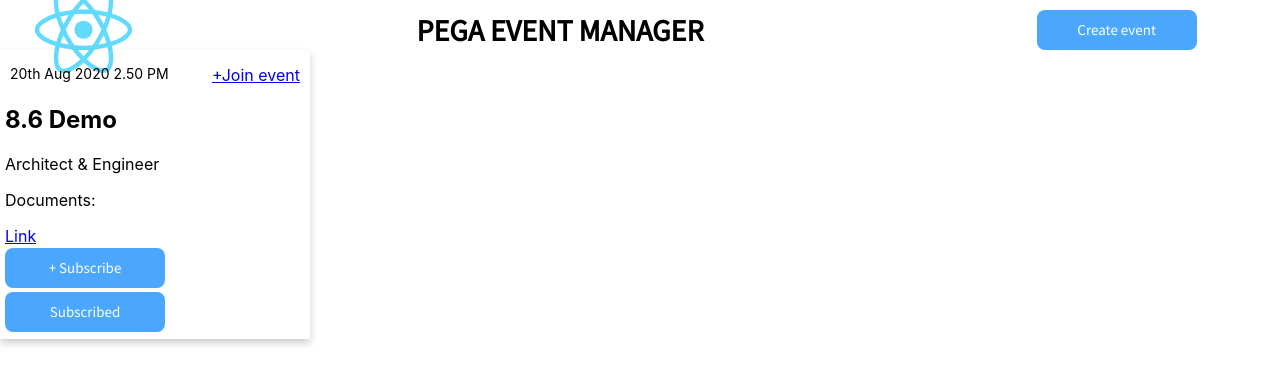
Repository: SasiVeeramachaneni/eventmanager
Page: /
The author's editor kept a copy of each file at every save. The page is drawn from the files as they stood at one save, then again after the next save.
The browser window is 1280 px wide. The pictures show the whole page.
The project was rebuilt for these pictures with package versions that can differ from the ones it lists, and the page was loaded fresh each time.

Above is the page before, as saved 2020-08-19 14:34:51.

### src/index.js
import React from 'react';
import ReactDOM from 'react-dom';
import './index.css';
import App from './App';
import * as serviceWorker from './serviceWorker';
import './fonts/SourceSansPro-Regular.ttf'

ReactDOM.render(
  <React.StrictMode>
    <App />
  </React.StrictMode>,
  document.getElementById('root')
);

// If you want your app to work offline and load faster, you can change
// unregister() to register() below. Note this comes with some pitfalls.
// Learn more about service workers: https://bit.ly/CRA-PWA
serviceWorker.unregister();

### src/App.js
import React from 'react';
import './App.css';
import logo from './logo.svg';
import Card from './Card';


function App() {
  return (
    <div className="App">
      <div className="header">
        <div className="logo"><img src={logo} alt=""/></div>
        <div className="heading">PEGA EVENT MANAGER</div>
        <div className="logo"><button type="button" className="createbutton">Create event</button></div>
      </div>
      <div className="body">
        <Card />

      </div>

    </div>
  );
}

export default App;

### src/App.css
.App {
  height: 100vh;
  width: 100%;
  display: grid;
  grid-template-rows: 50px 1fr;
}

@font-face {
  font-family: 'SourceSansPro';
  src: local('SourceSansPro'), url(./fonts/SourceSansPro-Regular.ttf) format('truetype');
}


.container {
  padding: 2px 16px;
}

.header {
  display: flex;
  align-items: stretch;
  justify-content: space-evenly;
  padding-top: 10px;
}

.logo {
  flex-grow: 1;
  display: flex;
  align-items: center;
  justify-content: center;
}

.heading {
  flex-grow: 3;
  display: flex;
  align-items: center;
  justify-content: center;
  font-size: 30px;
  font-weight: bold;
  font-family: SourceSansPro;

}

.createbutton {
  width: 10rem;
  color: #FFF;
  background: #4BA7FE;
  border-radius: 8px;
  font-size: 15px;
  line-height: 24px;
  height: 2.5rem;
  position: relative;
  align-items: center;
  box-sizing: border-box;
  transition: all 0.4s ease-in-out;
  border: none;
  font-family: SourceSansPro;


}

.body {
}

### src/Card.js
import React from 'react';
import './Card.css';

function Card() {
    return (
        <div className="card">
        <div className="topline">
          <div className="time">20th Aug 2020 2.50 PM</div>
          <a href="url">+Join event</a>
        </div>
        <h2><b>8.6 Demo</b></h2>
        <p>Architect & Engineer</p>
        <div><p>Documents:</p> <a href="url">Link</a></div>
        <button className="subscribe">+   Subscribe</button>
        <button className="subscribe">Subscribed</button>
      </div>
    );
}

export default Card;

### src/Card.css
.card {
    box-shadow: 0 4px 8px 0 rgba(0,0,0,0.2);
    transition: 0.3s;
    width: 300px;
    padding: 5px;
  }

  .card:hover {
    box-shadow: 0 8px 16px 0 rgba(0,0,0,0.2);
  }

  .topline {
    display: flex;
    align-items: stretch;
    justify-content: space-evenly;
    padding-top: 10px;
    padding-left:5px;
    padding-right: 5px;
  }

  .time {
      display: flex;
      flex-grow: 1;
      font-size: 14px;
  }

  .joinB {
  }

  .subscribe {
    width: 10rem;
    color: #FFF;
    background: #4BA7FE;
    border-radius: 8px;
    font-size: 15px;
    line-height: 24px;
    height: 2.5rem;
    position: relative;
    align-items: center;
    box-sizing: border-box;
    transition: all 0.4s ease-in-out;
    border: none;
    font-family: SourceSansPro;
    margin-top: 2px;
    margin-bottom: 2px;

  }

Loaded but not shown: public/index.html (common file); src/index.css (common file); src/serviceWorker.js (common file)

After the next save:
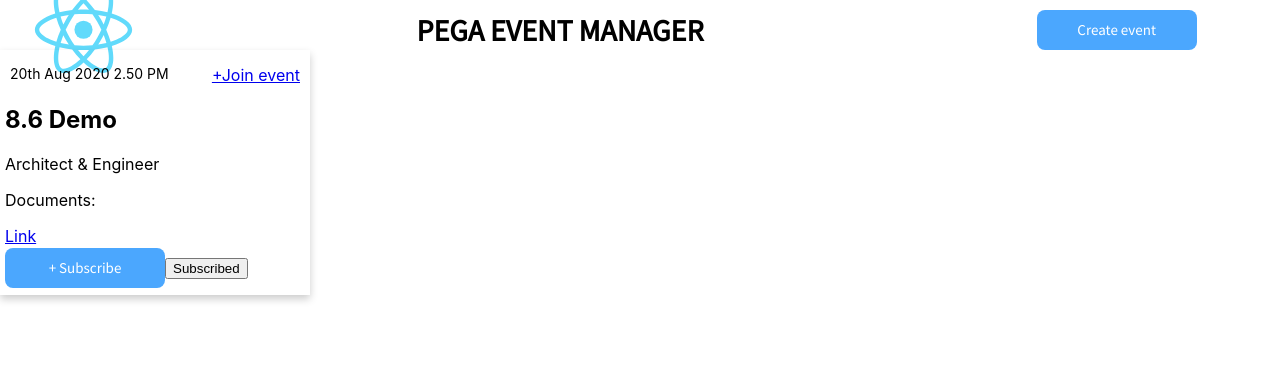
Saved 12 s later.
--- a/src/Card.js
+++ b/src/Card.js
@@ -12,7 +12,7 @@
         <p>Architect & Engineer</p>
         <div><p>Documents:</p> <a href="url">Link</a></div>
         <button className="subscribe">+   Subscribe</button>
-        <button className="subscribe">Subscribed</button>
+        <button className="unsubscribe">Subscribed</button>
       </div>
     );
 }
